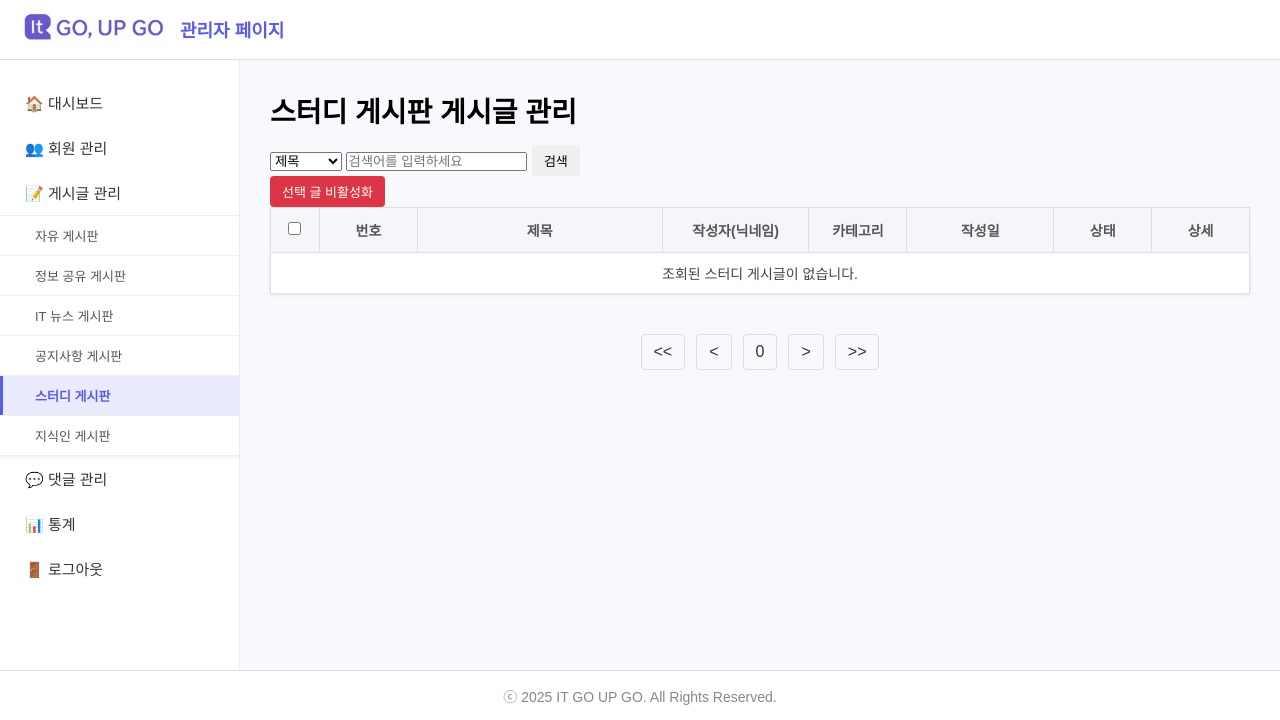
Repository: virtue5321/itgoupgo
Page: http://localhost/ITGOUPGO/WEB-INF/views/admin/studyBbsManage.jsp
An editor plug-in stored every save of this project. The page is shown before and after the next save, followed by the edit.
The browser window is 1280 px wide. The pictures show the whole page.
The page is served by Tomcat 10. Nobody is signed in. Other server files are loaded and not shown. The template is opened directly, without the code that normally fills it, so the values that code supplies are empty.

Above is the page before, as saved 2025-10-31 04:47:51.

### ITGOUPGO/src/main/webapp/WEB-INF/views/admin/studyBbsManage.jsp
<%@ page language="java" contentType="text/html; charset=UTF-8" pageEncoding="UTF-8"%>
<%@ taglib prefix="c" uri="jakarta.tags.core" %>
<%@ taglib prefix="fmt" uri="http://java.sun.com/jsp/jstl/fmt" %>

<!DOCTYPE html>

<html lang="ko">
<head>
    <meta charset="UTF-8">
    <title>관리자 - 스터디 게시판 관리</title>
    <link rel="stylesheet" href="<c:url value="/resources/css/adminStyle.css" />">
    <style>
        /* 💡 스타일은 noticeManage.jsp와 동일합니다 */
        .pagination-container {
            display: flex;
            justify-content: center;
            padding: 20px 0;
            gap: 5px;
        }
        .pagination-container a, .pagination-container span {
            padding: 8px 12px;
            text-decoration: none;
            color: #333;
            border: 1px solid #ddd;
            border-radius: 4px;
            transition: background-color 0.3s;
        }
        .pagination-container a:hover {
            background-color: #f0f0f0;
        }
        .pagination-container .active {
            background-color: #5a5ce8;
            color: white;
            border-color: #5a5ce8;
        }
        .status-text.deleted {
            color: red;
            font-weight: bold;
        }
        /* [추가] 삭제된 게시글 행 스타일 */
        .deleted-post {
            background-color: #f8f8f8;
            color: #999;
        }
        .deleted-post a, .deleted-post .status-text {
            color: #999 !important;
        }
    </style>
</head>
<body>

    <header>
        <div class="logo">
            <img src="<c:url value="/resources/images/logo1.PNG" />" width="80">
            관리자 페이지
        </div>
    </header>

    <div class="layout">
        <%-- ✅ 사이드바 --%>
        <aside class="sidebar">
            <ul>
                <li><a href="<c:url value="/admin/dashboard" />">🏠 대시보드</a></li>
                <li><a href="<c:url value="/admin/member" />">👥 회원 관리</a></li>

                <li id="postManageMenu" class="menu-open">
                    <a href="javascript:void(0);" onclick="toggleSubmenu('postManageMenu')">📝 게시글 관리</a>

                    <ul class="submenu">
                        <li><a href="<c:url value="/admin/freeBbsManage" />">자유 게시판</a></li>
                        <li><a href="<c:url value="/admin/infoBbsManage" />">정보 공유 게시판</a></li>
                        <li><a href="<c:url value="/admin/itBbsManage" />">IT 뉴스 게시판</a></li>
                        <li><a href="<c:url value="/admin/noticeBbsManage" />">공지사항 게시판</a></li>
		                <%-- [수정] 현재 페이지 활성화 --%>
                        <li><a href="<c:url value="/admin/studyBbsManage" />" class="sub-active">스터디 게시판</a></li>
		                <li><a href="<c:url value="/admin/knowledgeBbsManage" />">지식인 게시판</a></li>
                    </ul>
                </li>

                <li><a href="<c:url value="/admin/reply" />">💬 댓글 관리</a></li>
                <li><a href="<c:url value="/admin/stats" />">📊 통계</a></li>
                <li><a href="<c:url value="/admin/logout" />">🚪 로그아웃</a></li>
            </ul>
        </aside>

        <%-- ✅ 메인 컨텐츠 --%>
        <main>
            <h1 class="main-title">스터디 게시판 게시글 관리</h1>

            <div class="search-area">
                <form action="searchStudy" method="GET" onsubmit="return validateSearch(this);">
                    <select name="condition" class="search-select">
                        <option value="title">제목</option>
                        <option value="content">내용</option>
                        <option value="writer">작성자</option>
                        <option value="category">카테고리</option>
                    </select>
                    <input type="text" name="keyword" class="search-input" placeholder="검색어를 입력하세요">
                    <button type="submit" class="btn btn-search">검색</button>
                </form>
                <button class="btn btn-danger" onclick="deleteCheckedPosts()">선택 글 비활성화</button>
            </div>

            <form action="<c:url value="/admin/deleteStudyBbsCheck" />" method="POST" id="postManageForm">
                <table class="data-table">
                    <thead>
                        <tr>
                            <th style="width: 5%;">
                                <input type="checkbox" id="selectAllCheckboxPost">
                            </th>
                            <th style="width: 10%;">번호</th>
                            <th>제목</th>
                            <th style="width: 15%;">작성자(닉네임)</th>
                            <th style="width: 10%;">카테고리</th>
                            <th style="width: 15%;">작성일</th>
                            <th style="width: 10%;">상태</th>
                            <th style="width: 10%;">상세</th>
                        </tr>
                    </thead>
                    <tbody>
                        <c:choose>
                            <c:when test="${!empty studyBbsList}">
                                <c:forEach var="post" items="${studyBbsList}">
                                    <tr class="${post.studyDeleteStatus eq 'Y' ? 'deleted-post' : ''}">
                                        <td>
                                            <input type="checkbox" class="itemCheckboxPost" name="bbsNoList" value="${post.studyNo}"
                                                   <c:if test="${post.studyDeleteStatus eq 'Y'}">disabled</c:if>>
                                        </td>
                                        <td>${post.studyNo}</td>
                                        <td class="text-left">
                                            <c:choose>
                                                <c:when test="${post.studyDeleteStatus eq 'Y'}">
                                                    <span class="status-text deleted">[삭제됨]</span> ${post.studyTitle}
                                                </c:when>
                                                <c:otherwise>
                                                    <a href="<c:url value="/study/detail?no=${post.studyNo}" />" class="title-link" target="_blank">
                                                        ${post.studyTitle}
                                                    </a>
                                                </c:otherwise>
                                            </c:choose>
                                        </td>
                                        <td>${post.memberNick}</td>
                                        <td>${post.studyCategory}</td>
                                        <td><fmt:formatDate value="${post.studyCreateDate}" pattern="yyyy.MM.dd" /></td>
                                        <td>
                                            <span class="status-text ${post.studyDeleteStatus eq 'Y' ? 'deleted' : 'active'}">
                                                ${post.studyDeleteStatus eq 'Y' ? '[비활성]' : '[활성]'}
                                            </span>
                                        </td>
                                        <td>
                                            <button class="btn btn-sm btn-danger"
                                                    onclick="deleteSinglePost(${post.studyNo})"
                                                    <c:if test="${post.studyDeleteStatus eq 'Y'}">disabled</c:if>>
                                                삭제
                                            </button>
                                        </td>
                                    </tr>
                                </c:forEach>
                            </c:when>
                            <c:otherwise>
                                <tr>
                                    <td colspan="8">조회된 스터디 게시글이 없습니다.</td>
                                </tr>
                            </c:otherwise>
                        </c:choose>
                    </tbody>
                </table>
            </form>

            <div class="pagination-container">
                <c:set var="pi" value="${pageInfo}"/>
                <c:set var="pageLinkUrl" value="/admin/studyBbsManage" />

                <c:choose><c:when test="${pi.currentPage le 1}"><span class="disabled">&lt;&lt;</span></c:when><c:otherwise><a href="<c:url value="${pageLinkUrl}" />?currentPage=1">&lt;&lt;</a></c:otherwise></c:choose>
                <c:choose><c:when test="${pi.currentPage le 1}"><span class="disabled">&lt;</span></c:when><c:otherwise><a href="<c:url value="${pageLinkUrl}" />?currentPage=${pi.currentPage - 1}">&lt;</a></c:otherwise></c:choose>

                <c:forEach begin="${pi.startPage}" end="${pi.endPage}" var="p">
                    <c:choose><c:when test="${pi.currentPage eq p}"><span class="active">${p}</span></c:when><c:otherwise><a href="<c:url value="${pageLinkUrl}" />?currentPage=${p}">${p}</a></c:otherwise></c:choose>
                </c:forEach>

                <c:choose><c:when test="${pi.currentPage eq pi.maxPage || pi.maxPage eq 0}"><span class="disabled">&gt;</span></c:when><c:otherwise><a href="<c:url value="${pageLinkUrl}" />?currentPage=${pi.currentPage + 1}">&gt;</a></c:otherwise></c:choose>
                <c:choose><c:when test="${pi.currentPage eq pi.maxPage || pi.maxPage eq 0}"><span class="disabled">&gt;&gt;</span></c:when><c:otherwise><a href="<c:url value="${pageLinkUrl}" />?currentPage=${pi.maxPage}">&gt;&gt;</a></c:otherwise></c:choose>
            </div>
        </main>
    </div>

    <footer>ⓒ 2025 IT GO UP GO. All Rights Reserved.</footer>

    <script>
        // 사이드바 토글 함수 (새로운 템플릿에 맞게 추가)
        function toggleSubmenu(menuId) {
            document.getElementById(menuId).classList.toggle('menu-open');
        }

        function validateSearch(form) {
            const keyword = form.keyword.value.trim();
            if (keyword === "") {
                alert("검색어를 입력해주세요.");
                return false;
            }
            return true;
        }

        function deleteCheckedPosts() {
            // 삭제되지 않은 (disabled가 아닌) 게시글의 체크박스만 선택
            const selectedCheckboxes = document.querySelectorAll('.itemCheckboxPost:checked:not(:disabled)');

            if (selectedCheckboxes.length === 0) {
                alert("삭제할 게시글을 하나 이상 선택해주세요. (이미 삭제된 게시글 제외)");
                return;
            }

            if (confirm(`선택된 게시글 ${selectedCheckboxes.length}개를 정말로 비활성화(삭제 처리)하시겠습니까?`)) {
                const formElement = document.getElementById('postManageForm');

                formElement.querySelectorAll('input[name="bbsNoList"]').forEach(input => input.remove());
                selectedCheckboxes.forEach(checkbox => {
                    const hiddenInput = document.createElement('input');
                    hiddenInput.type = 'hidden';
                    hiddenInput.name = 'bbsNoList'; // Controller의 @RequestParam 이름과 일치
                    hiddenInput.value = checkbox.value;
                    formElement.appendChild(hiddenInput);
                });
                formElement.submit();
            }
        }

        // 단일 게시글 삭제 함수
        function deleteSinglePost(studyNo) {
            if (confirm(`${studyNo}번 게시글을 정말 삭제(비활성화) 처리하시겠습니까?`)) {
                location.href = "<c:url value="/admin/deleteStudyBbs" />?studyNo=" + studyNo;
            }
        }

        document.addEventListener('DOMContentLoaded', (event) => {
            const selectAllCheckbox = document.getElementById('selectAllCheckboxPost');
            // 삭제된 게시글 제외한 체크박스만 대상으로 함
            const itemCheckboxes = document.querySelectorAll('.itemCheckboxPost:not(:disabled)');

            if (selectAllCheckbox) {
                selectAllCheckbox.addEventListener('change', function() {
                    itemCheckboxes.forEach(checkbox => {
                        checkbox.checked = this.checked;
                    });
                });
            }

            itemCheckboxes.forEach(checkbox => {
                checkbox.addEventListener('change', () => {
                    const checkedItems = document.querySelectorAll('.itemCheckboxPost:checked:not(:disabled)').length;
                    const totalItems = itemCheckboxes.length;

                    if (!checkbox.checked) {
                        if (selectAllCheckbox) selectAllCheckbox.checked = false;
                    } else if (checkedItems === totalItems) {
                        if (selectAllCheckbox) selectAllCheckbox.checked = true;
                    }
                });
            });

            // 게시글 관리 메뉴 열린 상태 유지 (새로운 템플릿에 맞게 추가)
            const postManageMenu = document.getElementById('postManageMenu');
            if (postManageMenu && !postManageMenu.classList.contains('menu-open')) {
                 postManageMenu.classList.add('menu-open');
            }
        });
    </script>

</body>
</html>

### ITGOUPGO/src/main/webapp/resources/css/adminStyle.css
* {
  margin: 0;
  padding: 0;
  box-sizing: border-box;
  font-family: "Noto Sans KR", sans-serif;
}

body {
  display: flex;
  flex-direction: column;
  height: 100vh;
  background-color: #f8f9fc;
}

/* -------------------- 1. 헤더 (로고 크기 조정 포함) -------------------- */
header {
  display: flex;
  align-items: center;
  justify-content: start;
  height: 60px;
  background-color: #ffffff;
  border-bottom: 1px solid #e0e0e0;
  padding: 0 20px;
}

header .logo {
  display: flex;
  align-items: center;
  gap: 10px;
  font-weight: 700;
  font-size: 18px;
  color: #5a5ce8;
}

header .logo img {
  width: 150px;
  height: auto;
  vertical-align: middle;
}

/* -------------------- 2. 레이아웃 및 사이드바 -------------------- */
.layout {
  flex: 1;
  display: flex;
  overflow: hidden;
}

/* 사이드바 */
aside.sidebar {
  width: 240px;
  background: #fff;
  border-right: 1px solid #eee;
  display: flex;
  flex-direction: column;
  align-items: center;
  padding-top: 20px;
}

.sidebar ul {
  list-style: none;
  width: 100%;
  padding: 0;
  margin: 0;
}

.sidebar li {
  width: 100%;
  text-align: left;
  position: relative;
}

.sidebar a {
  display: flex;
  align-items: center;
  gap: 10px;
  width: 100%;
  padding: 12px 25px;
  font-size: 15px;
  color: #333;
  text-decoration: none;
  cursor: pointer;
  transition: background 0.2s, color 0.2s;
}

/* 마우스 오버 시 효과 */
.sidebar a:hover {
  background-color: #f3f4f6;
  color: #5a5ce8;
}

/* 활성화된 항목 스타일 */
.sidebar a.active {
  background-color: #eaeaff;
  color: #5a5ce8;
  font-weight: 600;
}

/* -------------------- 3. 메인 콘텐츠 및 푸터 -------------------- */
main {
  flex: 1;
  padding: 30px;
  overflow-y: auto;
}

main h1 {
  font-size: 28px;
  font-weight: 700;
  margin-bottom: 15px;
}

/* 푸터 */
footer {
  height: 50px;
  background-color: #ffffff;
  border-top: 1px solid #e0e0e0;
  display: flex;
  align-items: center;
  justify-content: center;
  color: #888;
  font-size: 14px;
}


/* -------------------- 4. 테이블 및 버튼 스타일 -------------------- */
table {
    width: 100%;
    border-collapse: collapse;
    background: white;
    box-shadow: 0 1px 3px rgba(0,0,0,0.1);
}

table th {
    background-color: #f4f6f9;
    color: #555;
    font-weight: 600;
    padding: 12px 10px;
    border: 1px solid #e0e0e0;
    text-align: center;
    font-size: 14px;
}

table td {
    padding: 10px;
    border: 1px solid #e0e0e0;
    text-align: center;
    font-size: 14px;
    color: #444;
}

table tbody tr:nth-child(even) {
    background-color: #fcfdff;
}
table tbody tr:hover {
    background-color: #f0f7ff;
}

table td a {
    color: #5a5ce8;
    text-decoration: none;
}
table td a:hover {
    text-decoration: underline;
}

.btn {
    padding: 6px 12px;
    border-radius: 4px;
    cursor: pointer;
    font-size: 13px;
    font-weight: 500;
    border: none;
    transition: background-color 0.2s;
}

.btn-danger {
    background-color: #dc3545;
    color: white;
}
.btn-danger:hover {
    background-color: #c82333;
}

/* 페이지네이션 스타일 */
.pagination-container {
    margin-top: 20px;
    text-align: center;
}
.pagination-container a, .pagination-container span {
    display: inline-block;
    text-decoration: none;
    padding: 8px 12px;
    border: 1px solid #ccc;
    border-radius: 4px;
    margin: 0 3px;
    color: #5a5ce8;
}
.pagination-container .active {
    background: #5a5ce8;
    color: white;
    border-color: #5a5ce8;
    font-weight: 600;
}
.pagination-container a:hover:not(.active) {
    background-color: #f3f4f6;
}

/* -------------------- 5. 드롭다운 서브메뉴 스타일 (수정됨) -------------------- */

.submenu {
    list-style: none;
    padding-left: 0;
    margin: 0;
    max-height: 0;
    overflow: hidden;
    transition: max-height 0.3s ease-out;
    background-color: #FFFFFF; /* ✅ [수정] 배경색 흰색으로 변경 */
    border-top: 1px solid #eee; /* 드롭다운 시작 선 */
    border-bottom: 1px solid #eee; /* 드롭다운 끝 선 */
    box-shadow: 0 2px 3px rgba(0,0,0,0.05); /* 약간의 그림자 추가 */
}

.sidebar ul li.menu-open .submenu {
    max-height: 500px;
    transition: max-height 0.5s ease-in;
}

/* 서브 메뉴 li 항목에 하단 선 추가 */
.submenu li {
    border-bottom: 1px solid #f0f0f0; /* ✅ [추가] 각 항목 구분선 */
}
.submenu li:last-child {
    border-bottom: none; /* 마지막 항목의 구분선 제거 */
}


.submenu a {
    padding: 10px 25px 10px 35px;
    font-size: 13px; /* ✅ [수정] 글자 크기 작게 변경 */
    color: #555; /* 글자색은 진한 회색으로 변경 */
    gap: 0;
}

.submenu a:hover {
    color: #5a5ce8; /* 호버 시 메인 강조색 */
    background-color: #f3f4f6; /* 메인 메뉴 호버색과 통일 */
}

/* 활성화된 서브 메뉴 링크: 메인 활성화 색상과 동일한 원리로 설정 */
.submenu a.sub-active {
    color: #5a5ce8;
    font-weight: 600;
    background-color: #eaeaff; /* 메인 활성화 배경색과 통일 */
    border-left: 3px solid #5a5ce8; /* 강조를 위한 왼쪽 선 추가 */
    padding-left: 32px; /* 왼쪽 선 추가로 인해 들여쓰기 조정 */
}

After the next save:
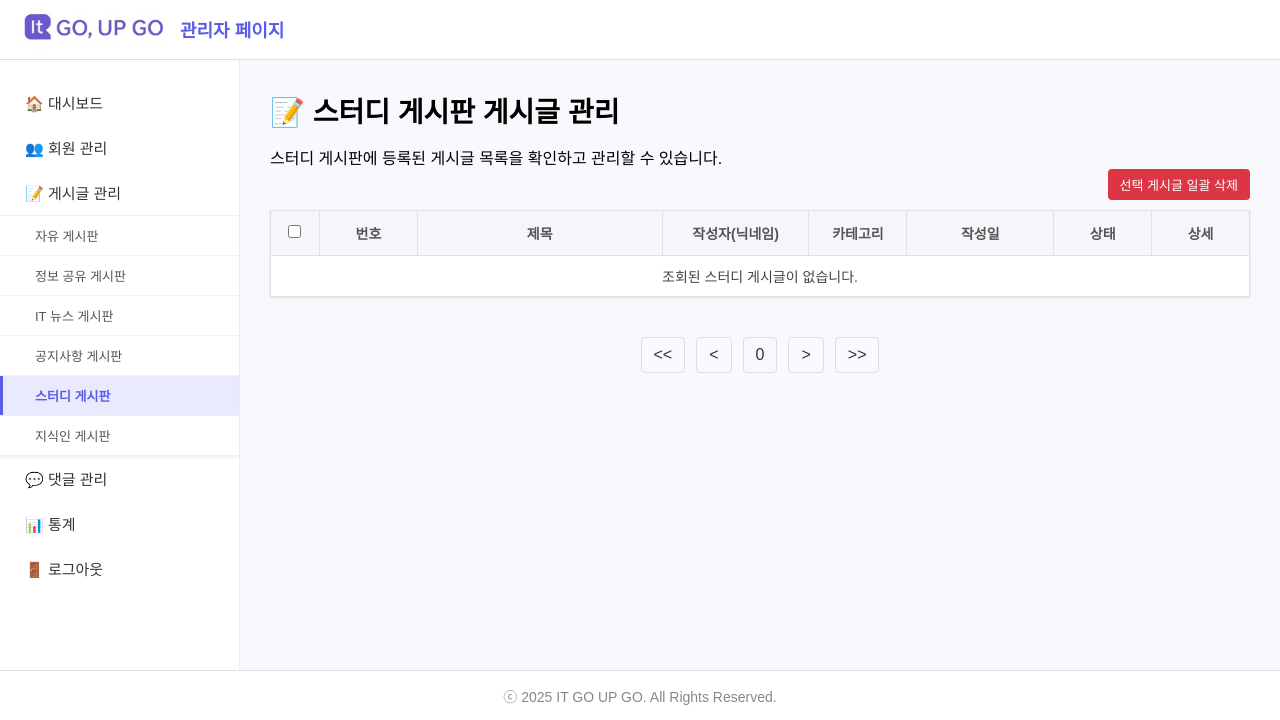
Saved 86 s later.
--- a/ITGOUPGO/src/main/webapp/WEB-INF/views/admin/studyBbsManage.jsp
+++ b/ITGOUPGO/src/main/webapp/WEB-INF/views/admin/studyBbsManage.jsp
@@ -57,7 +57,7 @@
     </header>
 
     <div class="layout">
-        <%-- ✅ 사이드바 --%>
+        <%-- ✅ 사이드바: 스터디 게시판 활성화 --%>
         <aside class="sidebar">
             <ul>
                 <li><a href="<c:url value="/admin/dashboard" />">🏠 대시보드</a></li>
@@ -71,8 +71,7 @@
                         <li><a href="<c:url value="/admin/infoBbsManage" />">정보 공유 게시판</a></li>
                         <li><a href="<c:url value="/admin/itBbsManage" />">IT 뉴스 게시판</a></li>
                         <li><a href="<c:url value="/admin/noticeBbsManage" />">공지사항 게시판</a></li>
-		                <%-- [수정] 현재 페이지 활성화 --%>
-                        <li><a href="<c:url value="/admin/studyBbsManage" />" class="sub-active">스터디 게시판</a></li>
+		                <li class="sub-active"><a href="<c:url value="/admin/studyBbsManage" />" class="sub-active">스터디 게시판</a></li>
 		                <li><a href="<c:url value="/admin/knowledgeBbsManage" />">지식인 게시판</a></li>
                     </ul>
                 </li>
@@ -85,20 +84,14 @@
 
         <%-- ✅ 메인 컨텐츠 --%>
         <main>
-            <h1 class="main-title">스터디 게시판 게시글 관리</h1>
-
-            <div class="search-area">
-                <form action="searchStudy" method="GET" onsubmit="return validateSearch(this);">
-                    <select name="condition" class="search-select">
-                        <option value="title">제목</option>
-                        <option value="content">내용</option>
-                        <option value="writer">작성자</option>
-                        <option value="category">카테고리</option>
-                    </select>
-                    <input type="text" name="keyword" class="search-input" placeholder="검색어를 입력하세요">
-                    <button type="submit" class="btn btn-search">검색</button>
-                </form>
-                <button class="btn btn-danger" onclick="deleteCheckedPosts()">선택 글 비활성화</button>
+            <h1>📝 스터디 게시판 게시글 관리</h1>
+            <p>스터디 게시판에 등록된 게시글 목록을 확인하고 관리할 수 있습니다.</p>
+
+            <form id="bulkDeleteForm" action="<c:url value="/admin/deleteStudyBbsCheck" />" method="POST" style="display:none;"></form>
+
+            <%-- [수정] 일괄 삭제 버튼 위치 및 문구 통일 --%>
+            <div style="display:flex; justify-content:flex-end; margin-bottom:10px;">
+                <button class="btn btn-danger" onclick="deleteCheckedPosts()">선택 게시글 일괄 삭제</button>
             </div>
 
             <form action="<c:url value="/admin/deleteStudyBbsCheck" />" method="POST" id="postManageForm">
@@ -167,6 +160,7 @@
                 </table>
             </form>
 
+            <%-- 페이징 영역 --%>
             <div class="pagination-container">
                 <c:set var="pi" value="${pageInfo}"/>
                 <c:set var="pageLinkUrl" value="/admin/studyBbsManage" />
@@ -192,14 +186,7 @@
             document.getElementById(menuId).classList.toggle('menu-open');
         }
 
-        function validateSearch(form) {
-            const keyword = form.keyword.value.trim();
-            if (keyword === "") {
-                alert("검색어를 입력해주세요.");
-                return false;
-            }
-            return true;
-        }
+        // [제거] validateSearch 함수 제거됨
 
         function deleteCheckedPosts() {
             // 삭제되지 않은 (disabled가 아닌) 게시글의 체크박스만 선택
@@ -213,6 +200,7 @@
             if (confirm(`선택된 게시글 ${selectedCheckboxes.length}개를 정말로 비활성화(삭제 처리)하시겠습니까?`)) {
                 const formElement = document.getElementById('postManageForm');
 
+                // 기존 히든 인풋 제거 (deleteCheckedPosts 함수 내부에 있었던 로직)
                 formElement.querySelectorAll('input[name="bbsNoList"]').forEach(input => input.remove());
                 selectedCheckboxes.forEach(checkbox => {
                     const hiddenInput = document.createElement('input');
